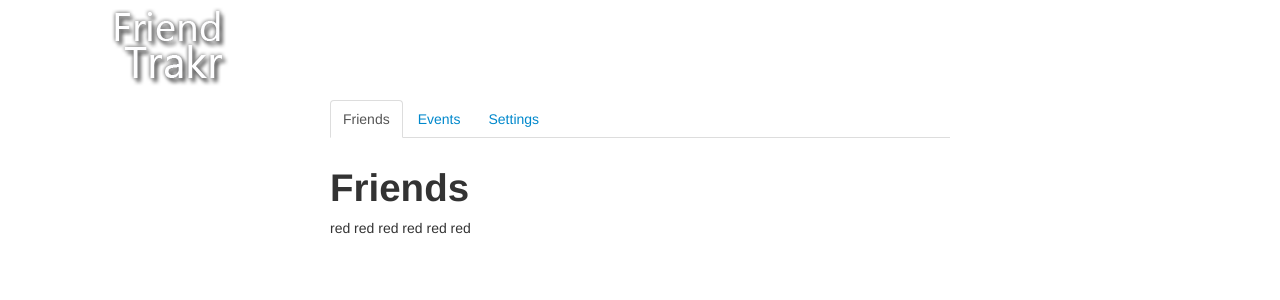
Repository: inventowiz/FriendTrack
Page: FriendshipTracker/main.html
The author's editor kept a copy of each file at every save. The page is drawn from the files as they stood at one save, then again after the next save.
The browser window is 1280 px wide. The pictures show the whole page.
Some web libraries are served in a nearby version.

Above is the page before, as saved 2013-09-21 16:29:34.

After the next save:
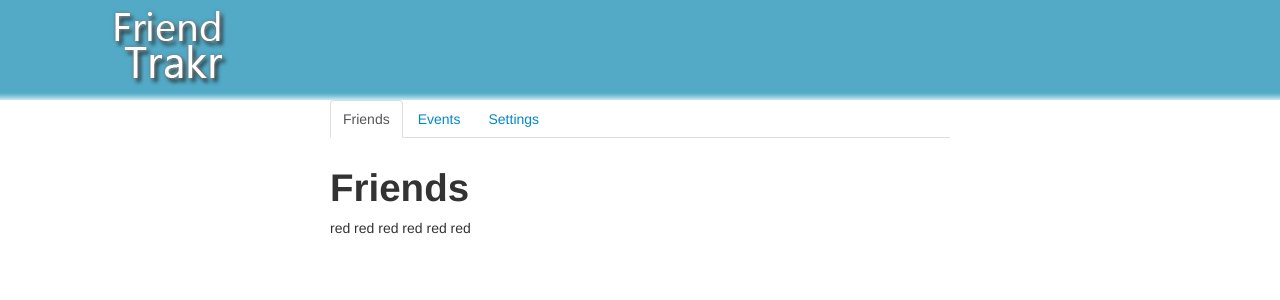
Saved 42 s later.
--- a/FriendshipTracker/main.html
+++ b/FriendshipTracker/main.html
@@ -3,6 +3,7 @@
 <head>
 <!-- Le styles -->
 <link href="css/bootstrap.css" rel="stylesheet">
+<LINK href="css/styles.css" rel="stylesheet" type="text/css">
 <script type="text/javascript" src="http://ajax.googleapis.com/ajax/libs/jquery/1.7/jquery.js"></script>
 <title>Friend Trakr</title>
 </head>
